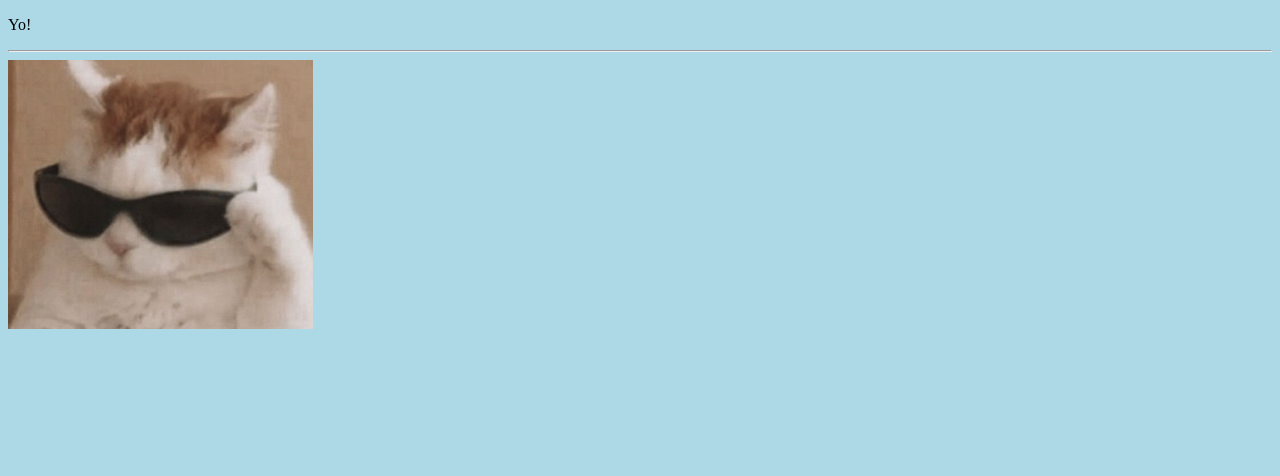
Repository: tjfgk97/sts3
Page: http://localhost/spring-first/hi
The author's editor kept a copy of each file at every save. The page is drawn from the files as they stood at one save, then again after the next save.
The browser window is 1280 px wide. The pictures show the whole page.
The page is served by Tomcat 9. Other server files are loaded and not shown.

Above is the page before, as saved 2024-02-01 06:56:28.

### spring-first/src/main/webapp/WEB-INF/views/intro.jsp
<%@ page language="java" contentType="text/html; charset=UTF-8"
    pageEncoding="UTF-8"%>
<!DOCTYPE html>
<html>
<head>
<meta charset="UTF-8">
<title>Intro</title>
<style type="text/css">
@import url("resources/css/intro.css");
</style>
</head>
<body>
	<p>Yo!</p>
	<a href=""></a>
	<hr>
	<img alt="" src="resources/images/ganzi.png">
</body>
</html>

### spring-first/src/main/webapp/resources/css/intro.css
@charset "UTF-8";

body{
	background-color: lightblue;
}
h1{
	font-size: 50px;
}

After the next save:
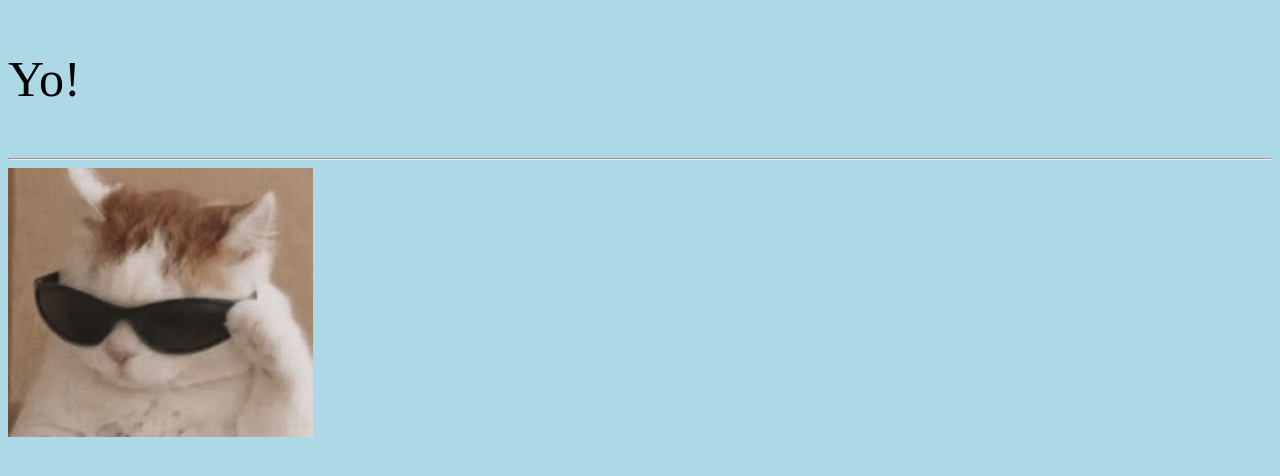
Saved 43 s later.
--- a/spring-first/src/main/webapp/resources/css/intro.css
+++ b/spring-first/src/main/webapp/resources/css/intro.css
@@ -3,6 +3,6 @@
 body{
 	background-color: lightblue;
 }
-h1{
+p{
 	font-size: 50px;
 }
